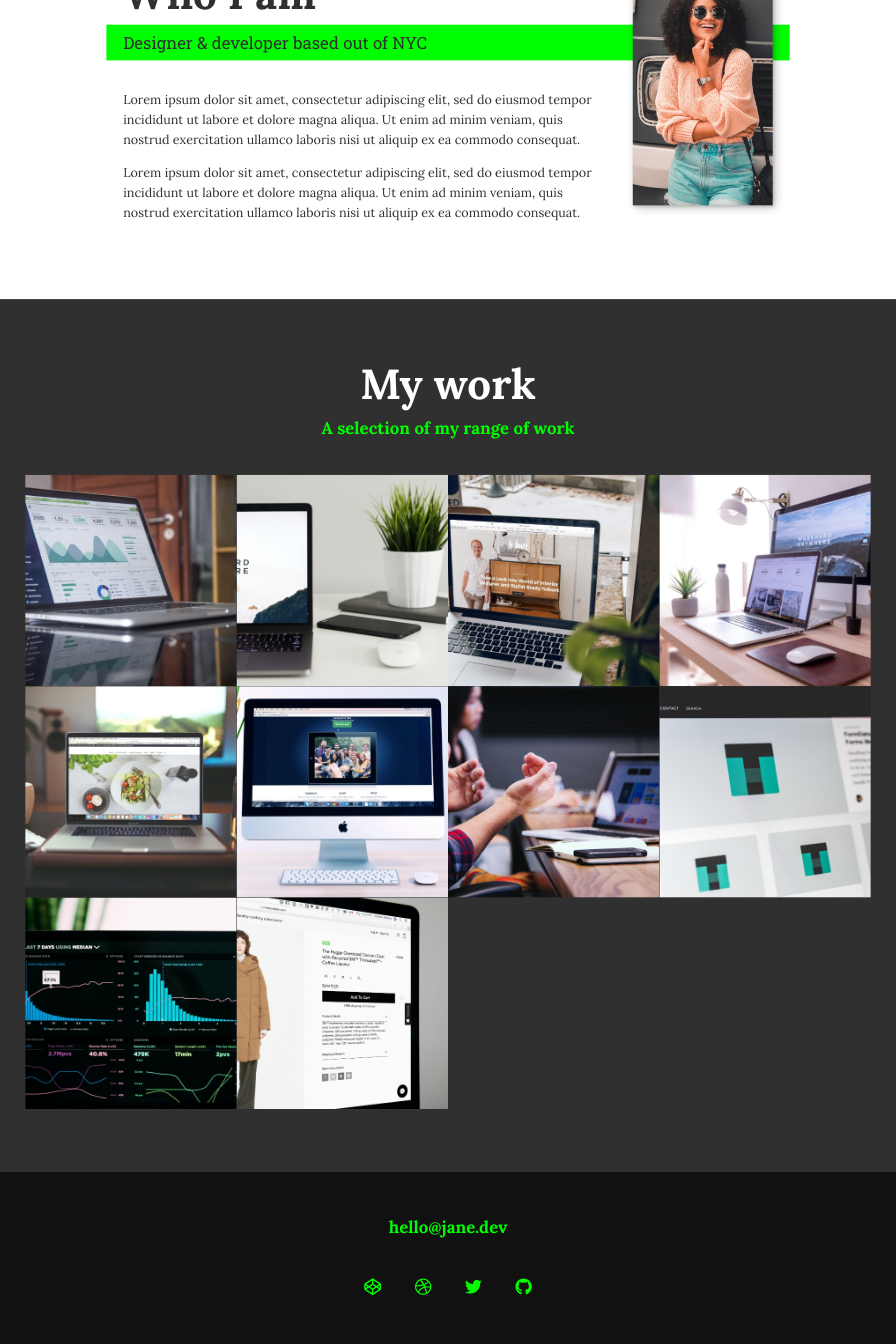
Repository: DinoDime/site
Page: index.html
The author's editor kept a copy of each file at every save. The page is drawn from the files as they stood at one save, then again after the next save.
The browser window is 1280 px wide. The pictures show the part of the page from y = 1355 to 3275 px (the page is 3275 px tall), at 70% of full size.
Some web libraries are served in a nearby version.

Above is the page before, as saved 2021-04-29 08:14:53.

After the next save:
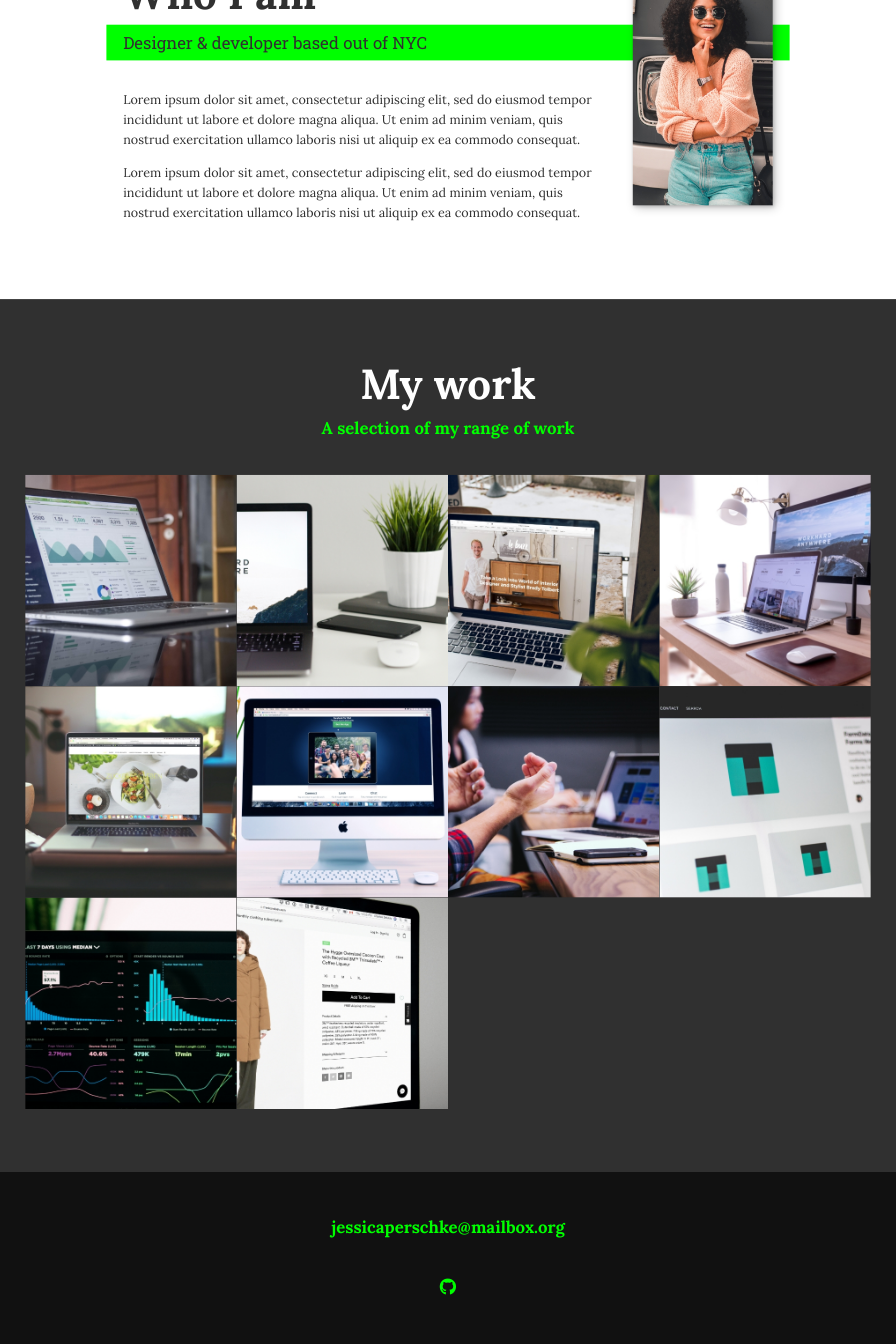
Saved 65 s later.
--- a/index.html
+++ b/index.html
@@ -197,23 +197,10 @@
     <!-- Footer -->
     <footer class="footer">
       <!-- replace with your own email address -->
-      <a href="mailto:hello@jane.dev" class="footer__link">hello@jane.dev</a>
+      <a href="mailto:jessicaperschke@mailbox.org" class="footer__link"
+        >jessicaperschke@mailbox.org</a
+      >
       <ul class="social-list">
-        <li class="social-list__item">
-          <a class="social-list__link" href="https://codepen.io">
-            <i class="fab fa-codepen"></i>
-          </a>
-        </li>
-        <li class="social-list__item">
-          <a class="social-list__link" href="http://dribbble.com">
-            <i class="fab fa-dribbble"></i>
-          </a>
-        </li>
-        <li class="social-list__item">
-          <a class="social-list__link" href="https://twitter.com">
-            <i class="fab fa-twitter"></i>
-          </a>
-        </li>
         <li class="social-list__item">
           <a class="social-list__link" href="https://github.com">
             <i class="fab fa-github"></i>
